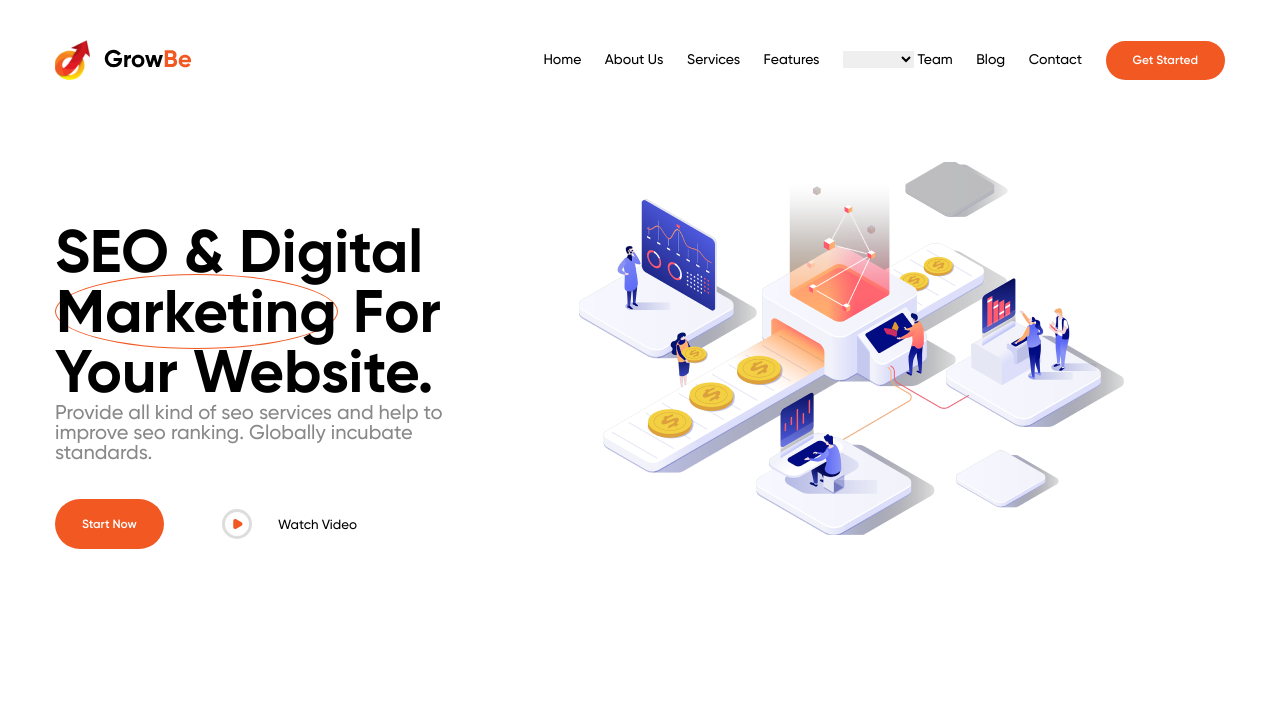
Repository: Alekseiy1980/GrowBe
Page: index.html
The author's editor kept a copy of each file at every save. The page is drawn from the files as they stood at one save, then again after the next save.
The browser window is 1280 px wide. The pictures show the part of the page from y = 0 to 707 px (the page is 1628 px tall before and 1645 px after).
A picture or video elsewhere on the page could not be fetched, so the positions and the page height are approximate.

Above is the page before, as saved 2024-01-21 15:11:00.

After the next save:
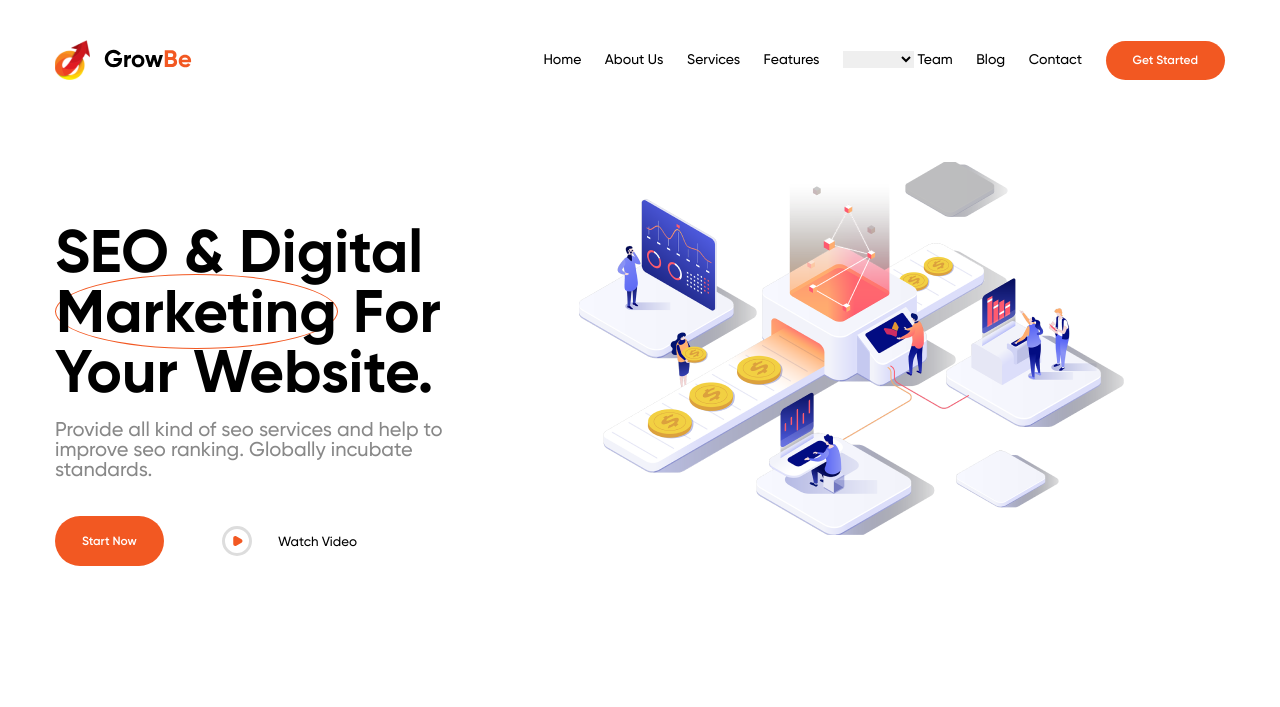
Saved 4 min 28 s later.
--- a/css/style.css
+++ b/css/style.css
@@ -107,8 +107,7 @@ header {
 .sub_title{
     color: #888;
     font-size: 20px;
-    padding-right: 36px;
-    margin-bottom: 37px;
+    margin: 17px 36px 37px 0px;
 }
 
 .home_ing{
